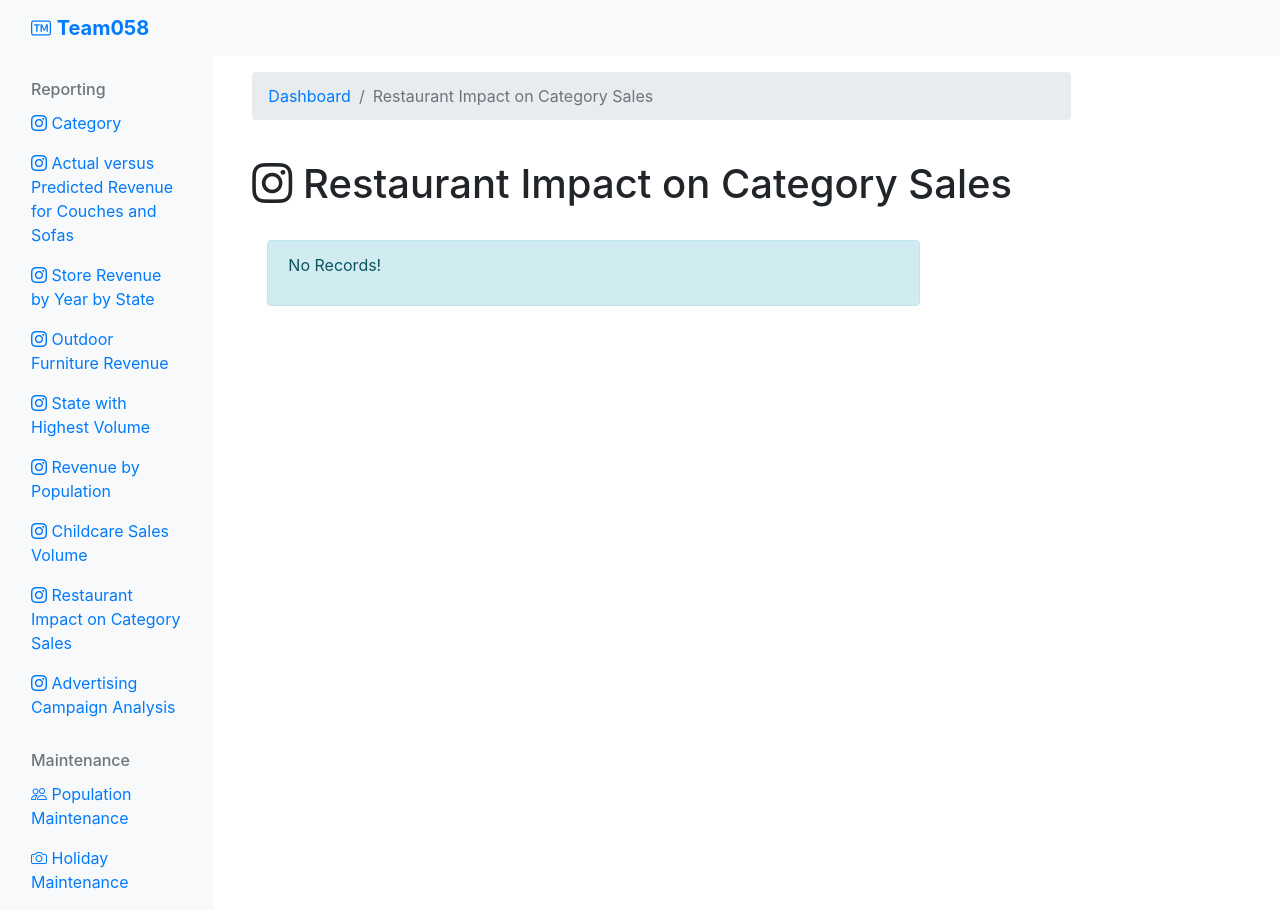
Repository: tex216/Relational-Database-Design-for-Sales-Reporting-System
Page: http://localhost/reporting/report8_restaurant_impact_on_category_sales/
The author's editor kept a copy of each file at every save. The page is drawn from the files as they stood at one save, then again after the next save.
The browser window is 1280 px wide. The pictures show the whole page.
Some web libraries are served in a nearby version. The page is served by the project's application, run on Django 3.2 (manage.py). Queries for data that is not in the repository find no rows.

Above is the page before, as saved 2021-04-04 18:46:34.

After the next save:
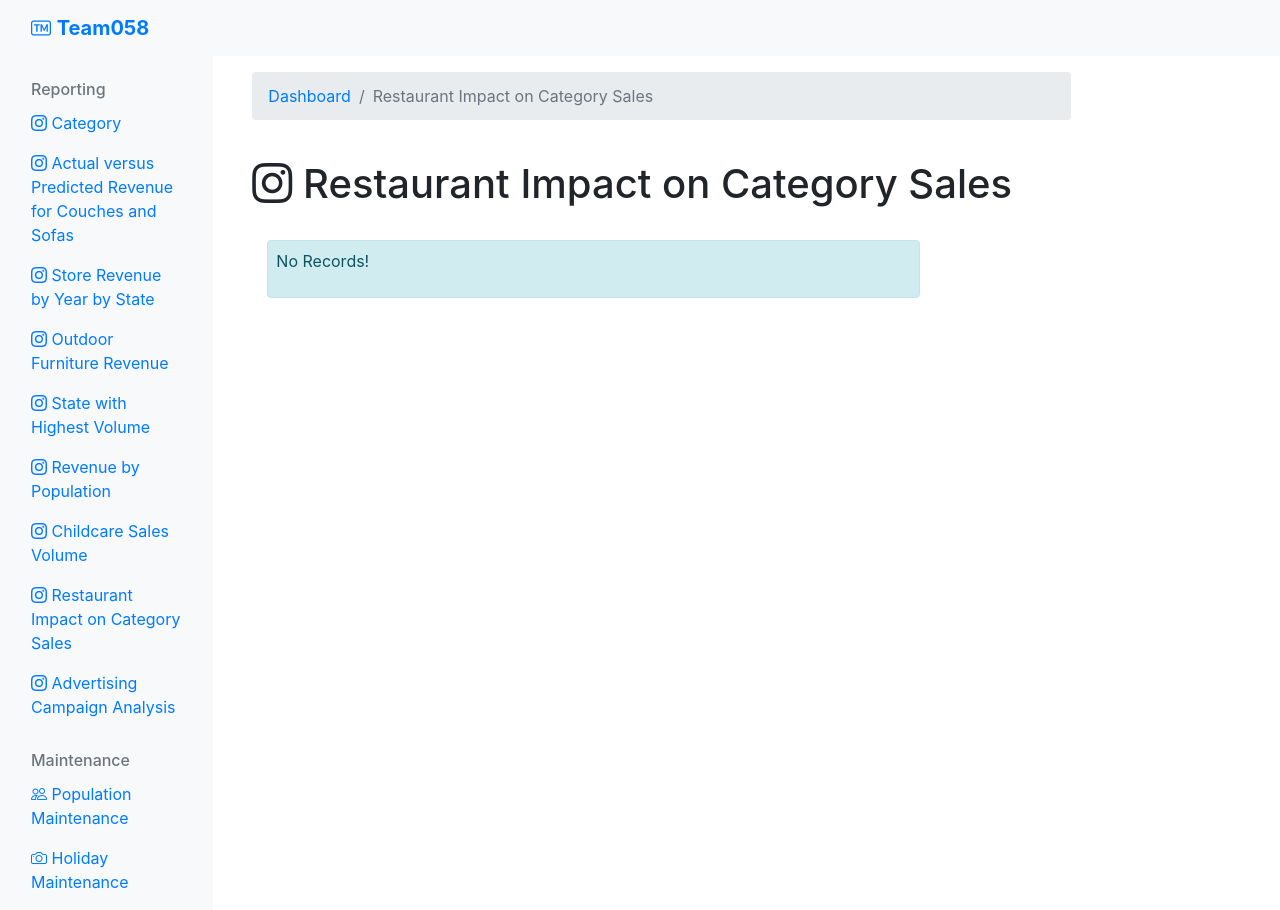
Saved 108 min 28 s later.
--- a/mren40/LSRS/reporting/templates/reporting/report8_restaurant_impact_on_category_sales.html
+++ b/mren40/LSRS/reporting/templates/reporting/report8_restaurant_impact_on_category_sales.html
@@ -59,7 +59,7 @@
                         </tbody>
                     </table>
                     {% else %}
-                    <div class="alert alert-info" role="alert">
+                    <div class="alert alert-info p-2" role="alert">
                         <p>No Records!</p>
                     </div>
                     {% endif %}

After the save that followed:
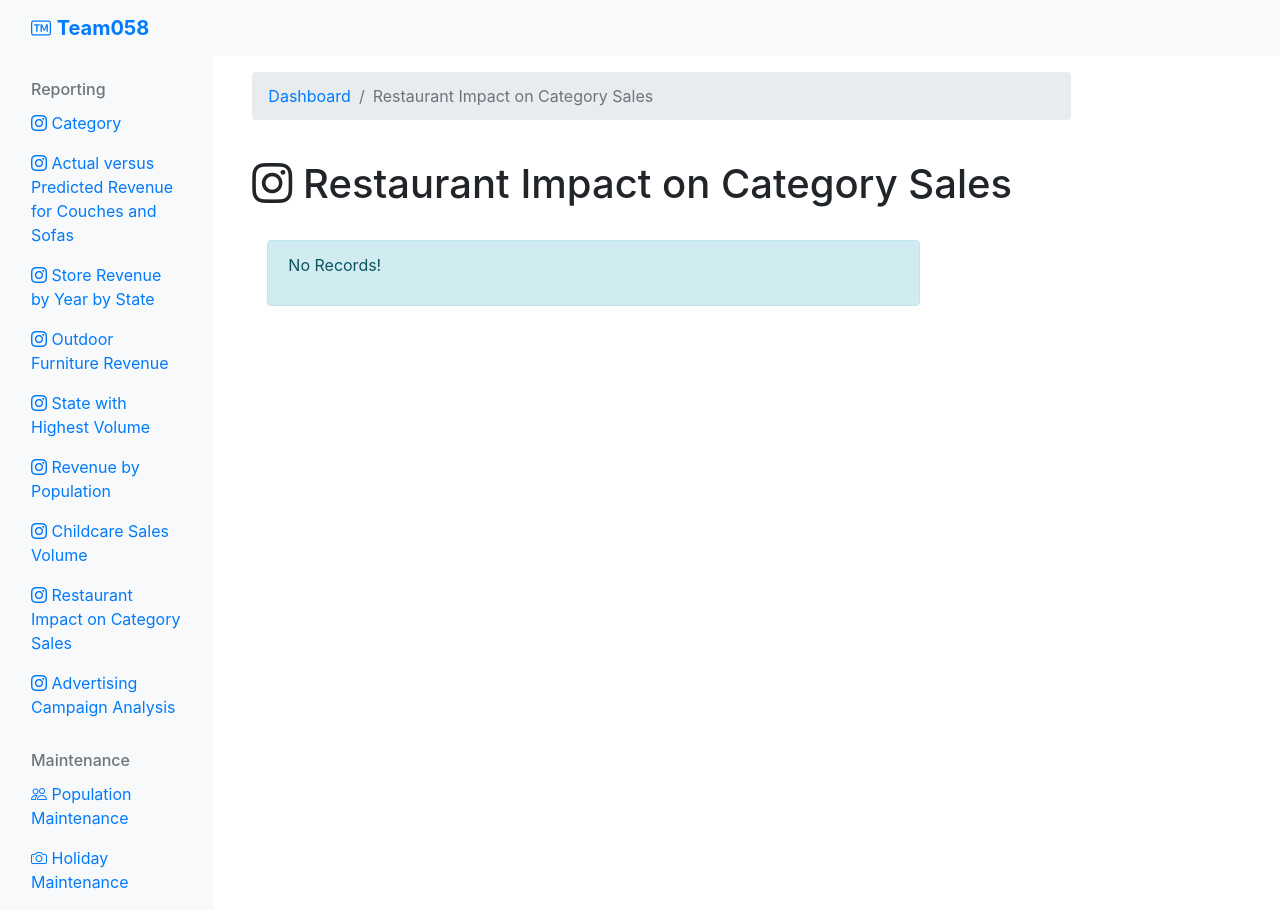
Saved 13 s later.
--- a/mren40/LSRS/reporting/templates/reporting/report8_restaurant_impact_on_category_sales.html
+++ b/mren40/LSRS/reporting/templates/reporting/report8_restaurant_impact_on_category_sales.html
@@ -59,7 +59,7 @@
                         </tbody>
                     </table>
                     {% else %}
-                    <div class="alert alert-info p-2" role="alert">
+                    <div class="alert alert-info " role="alert">
                         <p>No Records!</p>
                     </div>
                     {% endif %}
